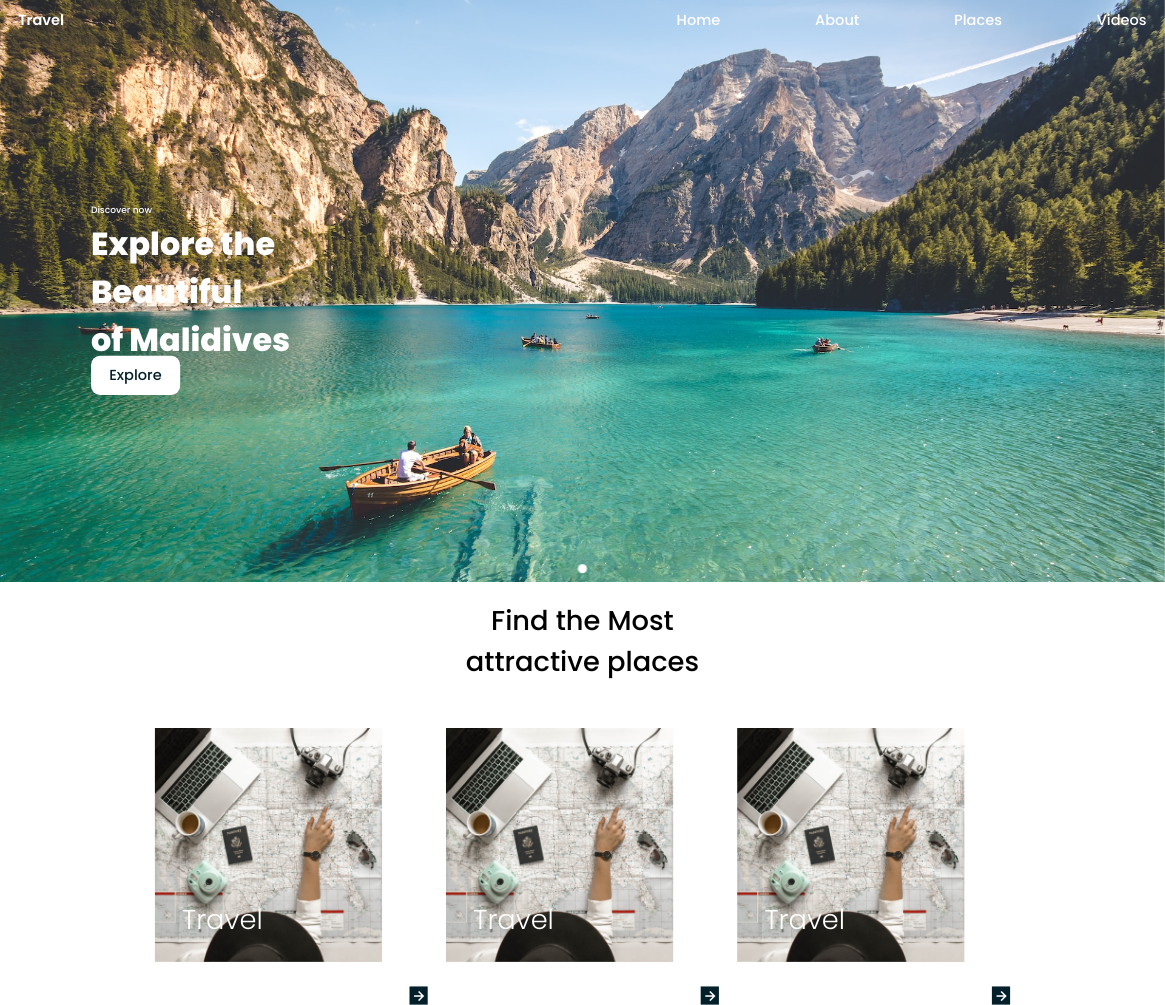
Repository: OmniaRafat232111121/Traveling
Page: index.html
The author's editor kept a copy of each file at every save. The page is drawn from the files as they stood at one save, then again after the next save.
The browser window is 1280 px wide. The pictures show the whole page, at 91% of full size.

Above is the page before, as saved 2022-12-20 11:28:22.

### index.html
<!DOCTYPE html>
<html lang="en">
<head>
    <meta charset="UTF-8">
    <meta http-equiv="X-UA-Compatible" content="IE=edge">
    <meta name="viewport" content="width=device-width, initial-scale=1.0">
    <title>Travel Css</title>
    <link rel="stylesheet" href="css/style.css">
    <!--swiper-->
       <link
  rel="stylesheet"
  href="https://cdn.jsdelivr.net/npm/swiper@8/swiper-bundle.min.css"
/>
<!--Box icon-->
 <link rel="stylesheet"
  href="https://cdn.jsdelivr.net/npm/boxicons@latest/css/boxicons.min.css">
</head>
<body>
    <!--navbar start-->
    <header class="header">
        <div class="logo">
        <a href="index.html" >Travel</a>
        </div>
        <div class="'bx bx-menu" id="menu-icon"></div>
        <nav>
            <ul>
                <li><a href="index.html">Home</a></li>
                <li><a href="#about">About</a></li>
                <li><a href="#places">Places</a></li>
                <li><a href="#viedo">Videos</a></li>
            </ul>
        </nav>

    </header>
   <!--navbar end-->
   <!--home start-->
   <section class="home swiper" id="home">
   <div class="swiper-wrapper">
        <div class="swiper-slide container">
            <img src="./imgs/travel1.jpg" alt="travel"/>
            <div class="home-text">
                <span>Discover now</span>
                <h1>Explore the <br>Beautiful<br> of Malidives</h1>
                <a href="#" class="btn"> Explore</a>
            </div>
        </div>

        <div class="swiper-slide container">
            <img src="./imgs/dessert.jpg" alt="travel"/>\
            <div class="home-text">
                <span>Discover now</span>
                <h1>Explore the <br>Beautiful<br> of Malidives</h1>
                <a href="#" class="btn"> Explore</a>
            </div>
        </div>
        <div class="swiper-slide container">
            <img src="./imgs/travel3.jpg" alt="travel"/>
            <div class="home-text">
                <span>Discover now</span>
                <h1>Explore the <br>Beautiful<br> of Malidives</h1>
                <a href="#" class="btn"> Explore</a>
            </div>
        </div>

      </div>
    <div class="swiper-pagination"></div>
   </section>
   <!--home end-->

   <!--places start-->
   <section class="places" id="places">
    <div class="heading">
        <h1>Find the Most <br>attractive places</h1>
        <div class="places-container">
            <div class="box">
                <div class="place-image">
                   <img  src="./imgs/p1.jpg" alt="image" />
                </div>
                <div class="place-heading">
                    <h2>Travel</h2>
                </div>
                <i class='bx bx-right-arrow-alt place-icon'></i>

            </div>
            <div class="box">
                <div class="place-image">
                   <img  src="./imgs/p1.jpg" alt="image" />
                </div>
                <div class="place-heading">
                    <h2>Travel</h2>
                </div>
                <i class='bx bx-right-arrow-alt place-icon'></i>

            </div>
            <div class="box">
                <div class="place-image">
                   <img  src="./imgs/p1.jpg" alt="image" />
                </div>
                <div class="place-heading">
                    <h2>Travel</h2>
                </div>
                <i class='bx bx-right-arrow-alt place-icon'></i>

            </div>

        </div>

    </div>

   </section>

   <!--places ends-->
<!--swiper-->
<script src="https://cdn.jsdelivr.net/npm/swiper@8/swiper-bundle.min.js"></script>
<!--custom js-->
<script src="main.js"></script>
</body>
</html>

### css/style.css
@import url('https://fonts.googleapis.com/css2?family=Be+Vietnam+Pro:wght@100&family=Inter:wght@100;300;400;500;600&family=Montserrat:wght@400;700&family=Nunito:ital,wght@0,200;0,300;1,200&family=Open+Sans:ital,wght@0,300;0,600;0,700;1,300&family=Poppins:ital,wght@0,200;0,300;0,500;0,600;0,800;0,900;1,100;1,200;1,300;1,500&family=Work+Sans:ital,wght@0,100;0,200;0,400;0,500;1,200;1,300&display=swap');
*{
    padding:0;
    margin:0;
    box-sizing: border-box;
    font-family: Poppins,'sans-serif';
    scroll-behavior: smooth;
}
:root{
    --text-color:#021f2a;
    --bf-color:#fff;
}
li{
    list-style: none;
}
a{
    text-decoration: none;
}
header{

    position:fixed;
    width:100%;
    top:0;
    left:0;
    right:0;
    display:flex;
    align-items: center;
    justify-content: space-between;
    padding:10px 20px;
     transition: 0.3s;
     z-index:20000;
}
nav ul li{
    display:inline-block;
    margin-left: 100px;

}
nav ul li a{
    color:#fff;
}
.logo a{
    font-size: 1rem;
    font-weight: 600;
    color:var(--bf-color)
}
nav ul li {
    position: relative;
}
nav ul li a::after{
    content:" ";
    width:0%;
    height:2px;
    background-color:#fff;
    position: absolute;
    bottom: -3px;
    left:0;
    transition: 0.3s;

}
nav ul li a:hover::after{
 width:50px;
}
#menu-icon{
    display:none;
    cursor: pointer;
    z-index:10001;

}
.container{
    position:relative;
    width:100%;
    min-height:640px ;
    display: flex;
    align-items: center;
}
.container img{
    position: absolute;
    width:100%;
    height:100%;
    object-fit: cover;
}
.swiper-pagination-bullet{
padding:5px;
 background:var(--bf-color);
}
/* .swiper-pagination-bullet-active{
    background:var(--bf-color);
} */
span.swiper-pagination-bullet.swiper-pagination-bullet-active.swiper-pagination-bullet-active-main {
    background: #fff;
}
.home-text{
    z-index:20001;
    padding:0px 100px;
}
.home-text span{
    color:#fff;
    font-size: 10px;
}
.home-text h1{
    font-weight: 700;
    font-size: 35px;
    color:#fff;
}
.home-text h1:hover{
    color:var(--text-color);
    transition: 0.3s linear;
}
.btn{
    background-color: var(--bf-color);
    color:var(--text-color);
    padding:10px 20px;
    border-radius: 10px;
    margin-top: 70px;
    font-weight: 500;
}
.btn:hover{
    color: var(--bf-color);
    background-color:var(--text-color);
}

.heading{
    text-align: center;
}
.heading h1{
    font-weight: 500;
    padding:20px;
    font-size: 30px;
}
.places-container{
    display:grid;
    grid-template-columns: repeat(auto-fill,minmax(300px,auto));
    gap:20px;
    padding:30px;
    justify-content: center;
}
.places-container .box{
    position:relative;
}
.box .place-image{
    width:250px;
    overflow: hidden;
}
.places-container .box .place-image img{
    width:100%;
    height:100%;
}
 .box .place-image img:hover{
    transform: scale(1.1);
    transition: 0.3s;
}
.place-heading {
    position:absolute;
bottom:30px;
}
.place-heading h2{
    font-weight: 300;
    font-size: 30px;
    color:var(--bf-color);
    margin-left:30px;

}
.place-icon{
    position:absolute;
    bottom:-40px;
    right:0;
    color:var(--bf-color);
    background-color: var(--text-color);
    font-size: 20px;
}

### main.js
//swiper
var swiper = new Swiper(".home", {
       loop: true,
       grabCursor:true,
       pagination: {
          el: ".swiper-pagination",
          dynamicBullets: true,
        },
});

After the next save:
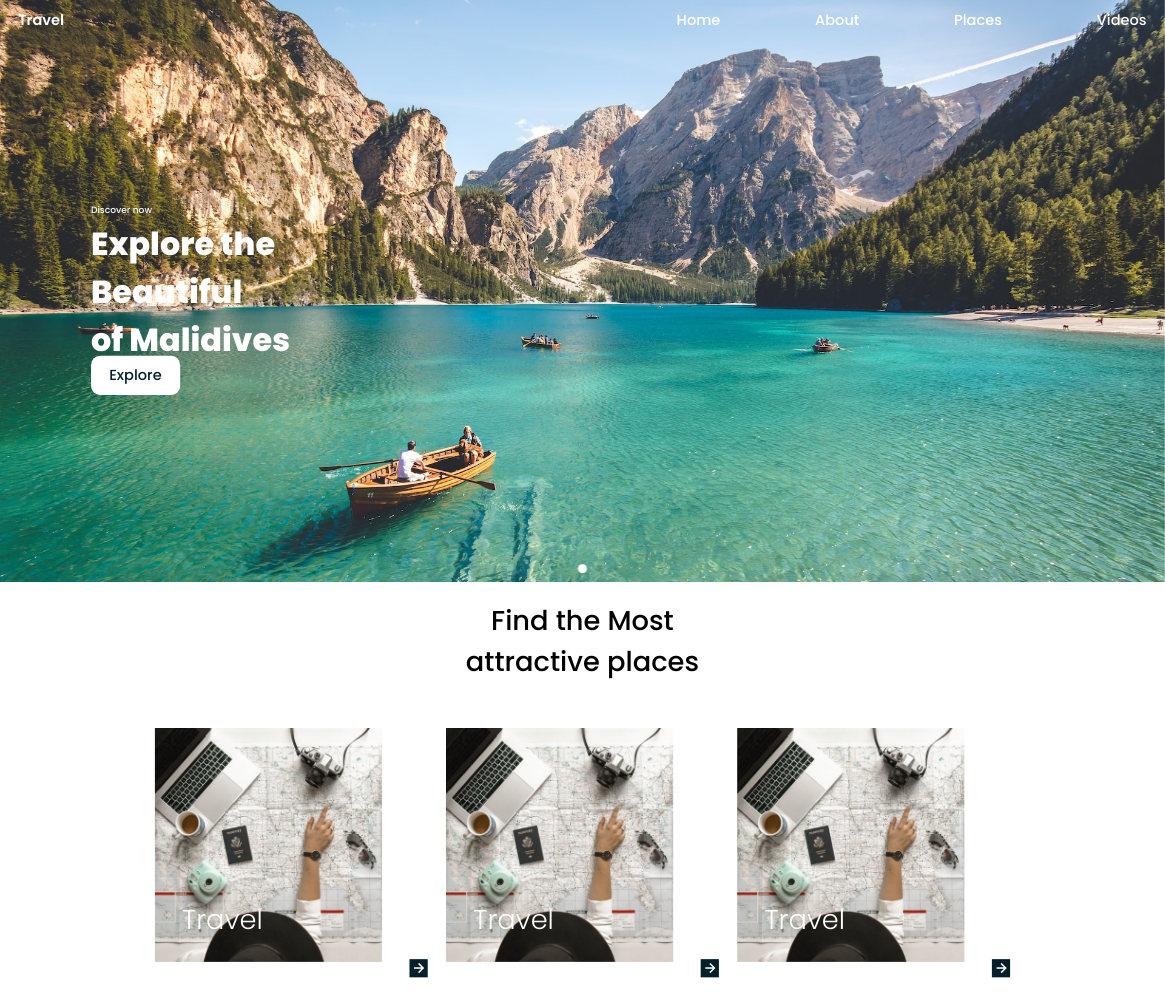
Saved 7 s later.
--- a/css/style.css
+++ b/css/style.css
@@ -162,7 +162,7 @@ bottom:30px;
 }
 .place-icon{
     position:absolute;
-    bottom:-40px;
+    bottom:-10px;
     right:0;
     color:var(--bf-color);
     background-color: var(--text-color);
